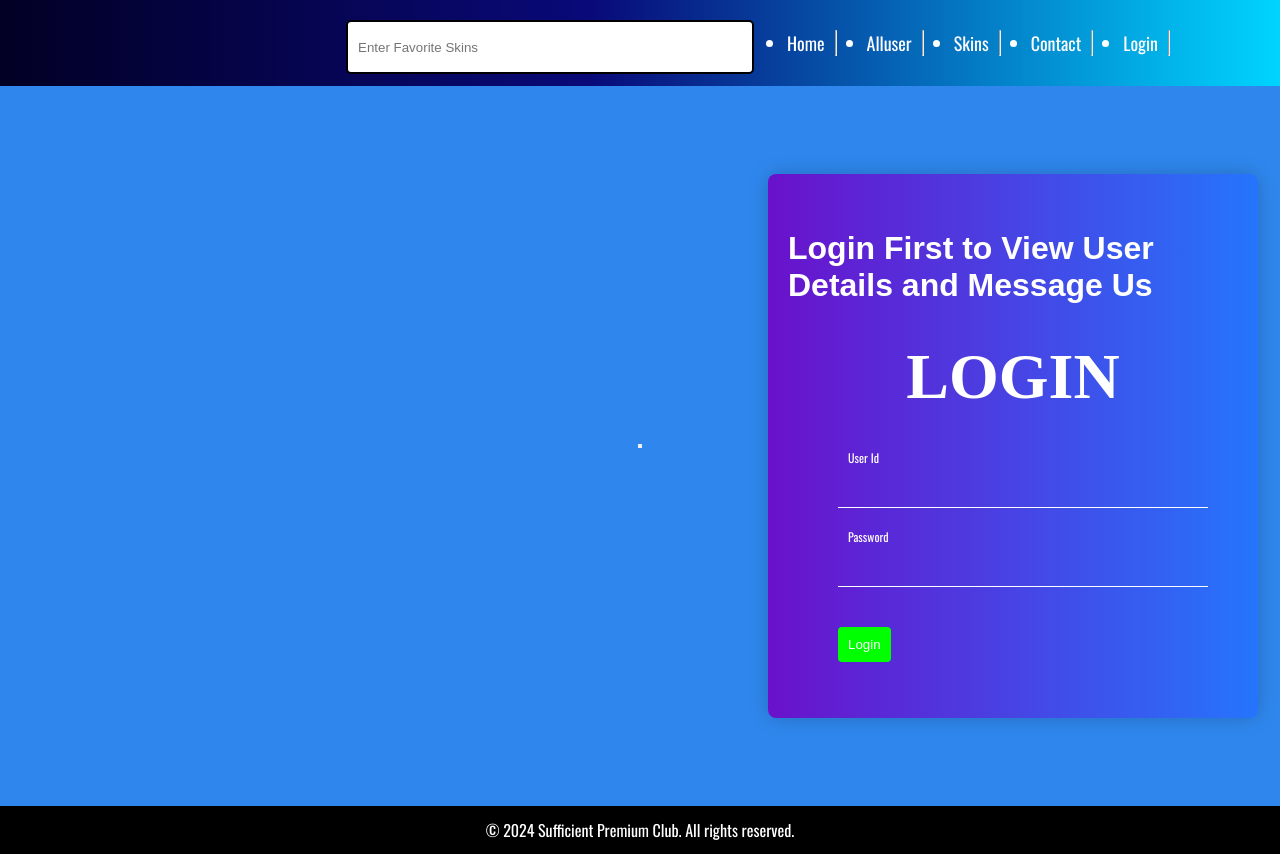
Repository: TechMukul/new
Page: /Login
These files come from the project's save history. The page is drawn as it stood at one moment and after the next save; the edit follows.
The browser window is 1280 px wide. The pictures show the whole page.
Some web fonts or font styles are not loaded; a fallback is used. The project was rebuilt for these pictures with package versions that can differ from the ones it lists, and the page was loaded fresh each time. The framework's server and built-in components were replaced by stand-ins that run in the browser. Also part of the build but not shown: next.config.mjs.

Above is the page before, as saved 2024-08-09 15:17:54.

After the next save:
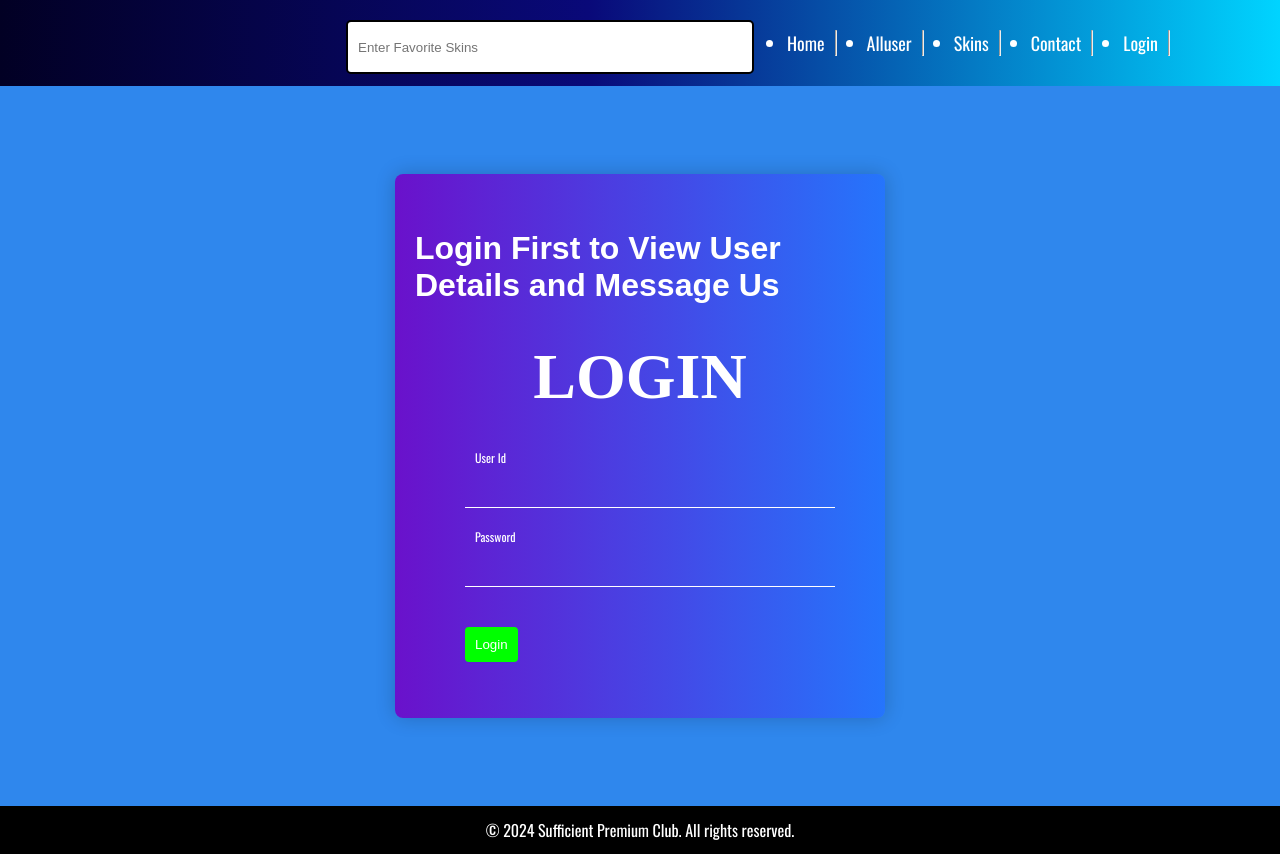
Saved 15 s later.
--- a/pages/Login/index.module.scss
+++ b/pages/Login/index.module.scss
@@ -70,7 +70,7 @@
   flex-direction: column;
   color: white; /* Green font color */
   position: absolute;
-  left: 60%;
+  // left: 60%;
   height: 70vh;
   &:hover {
     box-shadow: rgb(255, 255, 255) 0px 20px 30px -10px;

After the save that followed:
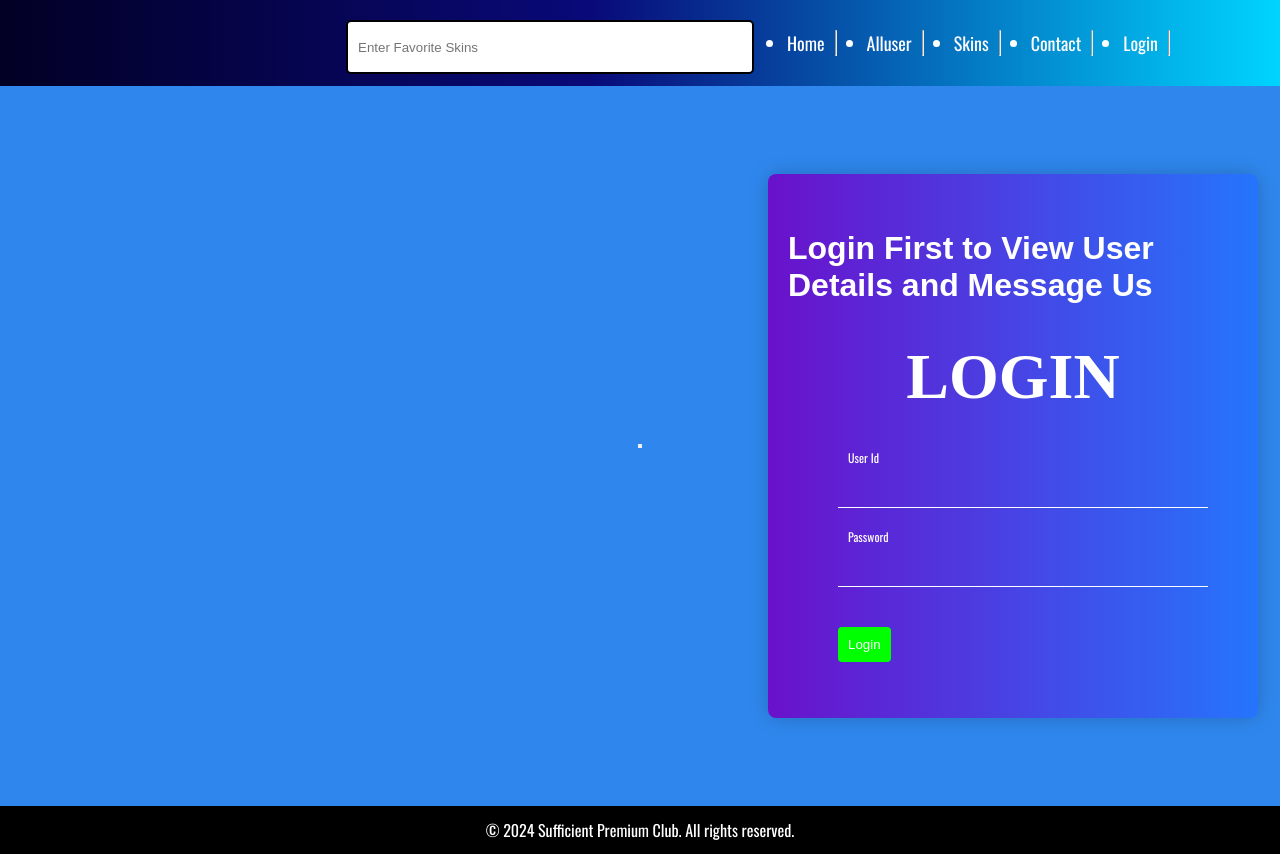
Saved 2 min 8 s later.
--- a/pages/Login/index.module.scss
+++ b/pages/Login/index.module.scss
@@ -70,7 +70,7 @@
   flex-direction: column;
   color: white; /* Green font color */
   position: absolute;
-  // left: 60%;
+  left: 60%;
   height: 70vh;
   &:hover {
     box-shadow: rgb(255, 255, 255) 0px 20px 30px -10px;
